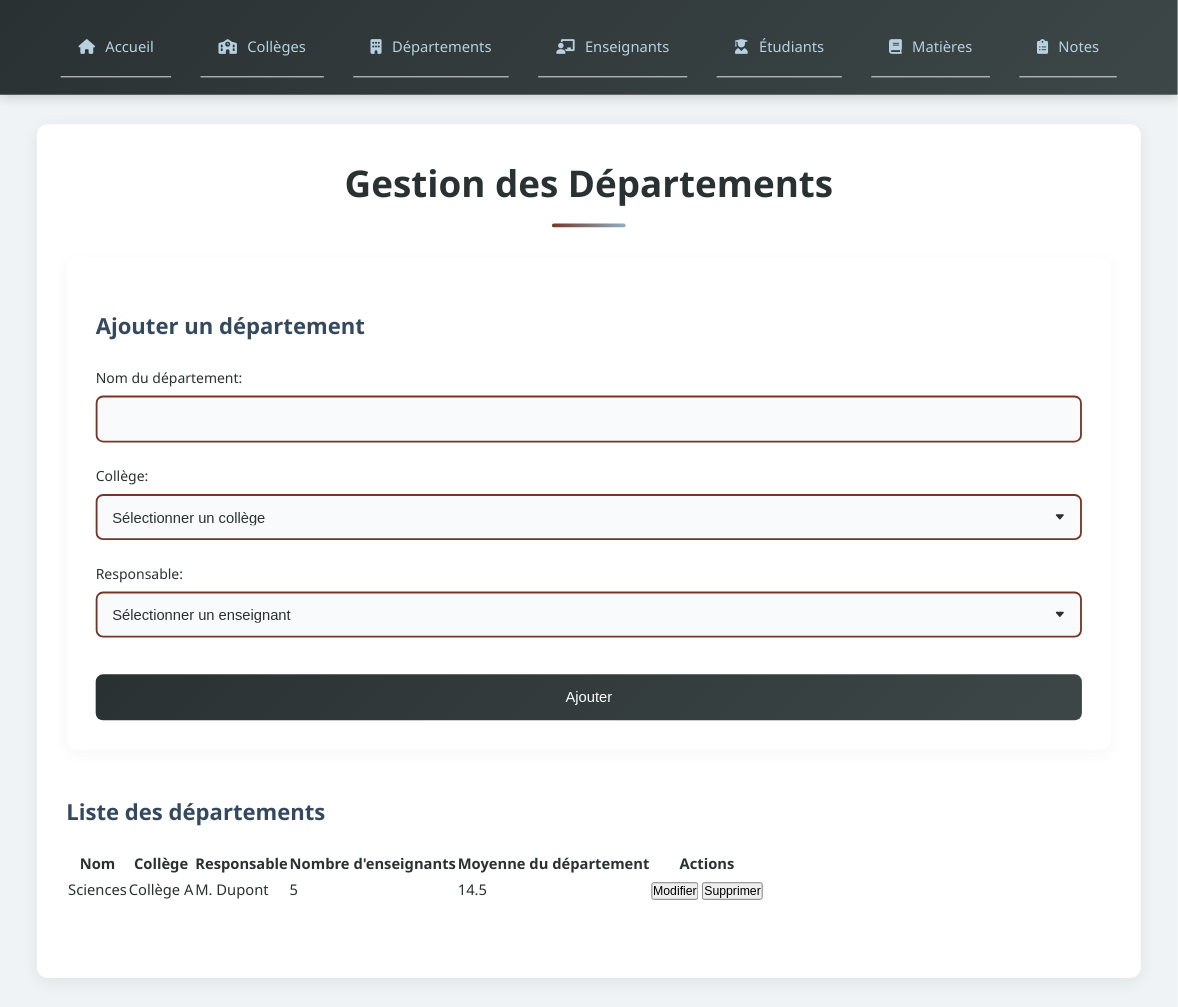
Repository: Ishimw3/college-management
Page: pages/departements.html
These files come from the project's save history. The page is drawn as it stood at one moment and after the next save; the edit follows.
The browser window is 1280 px wide. The pictures show the whole page, at 92% of full size.

Above is the page before, as saved 2025-02-24 20:40:45.
Console error: ReferenceError: data is not defined

### pages/departements.html
<!DOCTYPE html>
<html lang="fr">
<head>
    <meta charset="UTF-8">
    <meta name="viewport" content="width=device-width, initial-scale=1.0">
    <title>Gestion des Départements</title>
    <link rel="stylesheet" href="../assets/css/main.css">
    <link rel="stylesheet" href="https://cdnjs.cloudflare.com/ajax/libs/font-awesome/6.0.0-beta3/css/all.min.css">
</head>
<body>
    <nav>
        <ul>
            <li><a href="../index.html"><i class="fas fa-home"></i> Accueil</a></li>
            <li><a href="colleges.html"><i class="fas fa-school"></i> Collèges</a></li>
            <li><a href="departements.html"><i class="fas fa-building"></i> Départements</a></li>
            <li><a href="teachers.html"><i class="fas fa-chalkboard-teacher"></i> Enseignants</a></li>
            <li><a href="students.html"><i class="fas fa-user-graduate"></i> Étudiants</a></li>
            <li><a href="subjects.html"><i class="fas fa-book"></i> Matières</a></li>
            <li><a href="grades.html"><i class="fas fa-clipboard-list"></i> Notes</a></li>
        </ul>
    </nav>

    <div class="container">
        <h1>Gestion des Départements</h1>

        <!-- Formulaire d'ajout de département -->
        <section class="form-section">
            <h2>Ajouter un département</h2>
            <form>
                <div class="form-group">
                    <label for="nom">Nom du département:</label>
                    <input type="text" id="nom" required>
                </div>
                <div class="form-group">
                    <label for="college">Collège:</label>
                    <select id="college" required>
                        <option value="">Sélectionner un collège</option>
                        <option value="1">Collège A</option>
                        <option value="2">Collège B</option>
                    </select>
                </div>
                <div class="form-group">
                    <label for="responsable">Responsable:</label>
                    <select id="responsable" required>
                        <option value="">Sélectionner un enseignant</option>
                        <option value="1">M. Dupont</option>
                        <option value="2">Mme Martin</option>
                    </select>
                </div>
                <button type="submit">Ajouter</button>
            </form>
        </section>

        <!-- Liste des départements -->
        <section class="list-section">
            <h2>Liste des départements</h2>
            <table>
                <thead>
                    <tr>
                        <th>Nom</th>
                        <th>Collège</th>
                        <th>Responsable</th>
                        <th>Nombre d'enseignants</th>
                        <th>Moyenne du département</th>
                        <th>Actions</th>
                    </tr>
                </thead>
                <tbody>
                    <tr>
                        <td>Sciences</td>
                        <td>Collège A</td>
                        <td>M. Dupont</td>
                        <td>5</td>
                        <td>14.5</td>
                        <td>
                            <button class="btn-edit">Modifier</button>
                            <button class="btn-delete">Supprimer</button>
                        </td>
                    </tr>
                </tbody>
            </table>
        </section>
    </div>

    <script src="../assets/js/utils.js"></script>
    <script src="../assets/js/main.js"></script>
    <script src="../assets/js/app.js"></script>
</body>
</html>

### assets/css/main.css
:root {
    --charcoal: #2A3132;
    --rust: #763626;
    --sky-blue: #90AFC5;
    --light-sky: #b8d1e0;
    --dark-rust: #562419;
    --light-charcoal: #3d4748;
    --input-bg: #f8fafc;
    --input-border: #e2e8f0;
    --input-focus-border: var(--sky-blue);
    --input-shadow: rgba(144, 175, 197, 0.1);
    --form-shadow: rgba(42, 49, 50, 0.04);
}

/* Reset et styles de base */
* {
    margin: 0;
    padding: 0;
    box-sizing: border-box;
}

body {
    font-family: 'Segoe UI', Tahoma, Geneva, Verdana, sans-serif;
    line-height: 1.6;
    color: var(--charcoal);
    background-color: #f0f3f5;
}

/* Navigation */
nav {
    background: linear-gradient(135deg, var(--charcoal), var(--light-charcoal));
    padding: 1.2rem;
    box-shadow: 0 4px 12px rgba(42, 49, 50, 0.2);
}

nav ul {
    list-style: none;
    display: flex;
    justify-content: center;
    gap: 2rem;
    max-width: 1200px;
    margin: 0 auto;
}

nav a {
    color: var(--light-sky);
    text-decoration: none;
    padding: 0.7rem 1.2rem;
    border-radius: 6px;
    transition: all 0.3s ease;
    display: flex;
    align-items: center;
    gap: 0.7rem;
}

nav a:hover {
    background-color: var(--rust);
    transform: translateY(-2px);
    color: white;
}

/* Conteneur principal */
.container {
    max-width: 1200px;
    margin: 2rem auto;
    padding: 2rem;
    background-color: white;
    border-radius: 12px;
    box-shadow: 0 4px 16px rgba(42, 49, 50, 0.08);
}

/* En-têtes */
h1 {
    margin-bottom: 2rem;
    color: var(--charcoal);
    font-size: 2.5rem;
    text-align: center;
    position: relative;
    padding-bottom: 1rem;
}

h1:after {
    content: '';
    position: absolute;
    bottom: 0;
    left: 50%;
    transform: translateX(-50%);
    width: 80px;
    height: 4px;
    background: linear-gradient(90deg, var(--rust), var(--sky-blue));
    border-radius: 2px;
}

h2, h3 {
    margin: 1.5rem 0;
    color: #34495e;
    font-family: 'Segoe UI', Tahoma, Geneva, Verdana, sans-serif;
}

/* Sections */
.form-section, .list-section {
    margin-bottom: 3rem;
}

.form-section {
    background: white;
    padding: 2rem;
    border-radius: 12px;
    box-shadow: 0 4px 16px var(--form-shadow);
    margin-bottom: 3rem;
}

/* Formulaires */
.form-group {
    margin-bottom: 1.5rem;
    position: relative;
}

label {
    display: block;
    margin-bottom: 0.5rem;
    font-weight: 500;
    color: var(--charcoal);
    transition: all 0.3s ease;
    font-size: 0.95rem;
}

input, select, textarea {
    width: 100%;
    padding: 0.9rem 1rem;
    border: 2px solid var(--input-border);
    border-radius: 8px;
    background: var(--input-bg);
    font-size: 1rem;
    transition: all 0.3s ease;
    color: var(--charcoal);
}

input:hover, select:hover, textarea:hover {
    border-color: var(--sky-blue);
    background: white;
}

input:focus, select:focus, textarea:focus {
    border-color: var(--sky-blue);
    background: white;
    outline: none;
    box-shadow: 0 0 0 4px var(--input-shadow);
}

/* Style pour les champs requis */
input:required + label::after,
select:required + label::after {
    content: '*';
    color: var(--rust);
    margin-left: 4px;
}

/* Style pour les champs valides/invalides */
input:valid,
select:valid {
    border-color: #2ecc71;
}

input:invalid:not(:placeholder-shown),
select:invalid:not(:focus) {
    border-color: var(--rust);
}

/* Boutons de formulaire */
form button {
    background: linear-gradient(135deg, var(--charcoal), var(--light-charcoal));
    color: white;
    padding: 1rem 2rem;
    border: none;
    border-radius: 8px;
    font-weight: 500;
    font-size: 1rem;
    cursor: pointer;
    transition: all 0.3s ease;
    width: 100%;
    margin-top: 1rem;
}

form button:hover {
    background: linear-gradient(135deg, var(--rust), var(--dark-rust));
    transform: translateY(-2px);
    box-shadow: 0 4px 12px rgba(118, 54, 38, 0.2);
}

form button:active {
    transform: translateY(0);
}

/* Animation de focus pour les labels */
.form-group:focus-within label {
    color: var(--sky-blue);
    transform: translateY(-2px);
}

/* Style pour les select */
select {
    appearance: none;
    background-image: url("data:[embedded picture, 259 characters]");
    background-repeat: no-repeat;
    background-position: right 1rem center;
    padding-right: 2.5rem;
}

/* Groupes de formulaires en colonnes */
@media (min-width: 768px) {
    .form-row {
        display: grid;
        grid-template-columns: repeat(2, 1fr);
        gap: 1.5rem;
    }
}

/* Message d'aide pour les champs */
.form-help {
    font-size: 0.85rem;
    color: #666;
    margin-top: 0.25rem;
}

/* Animation de chargement pour les boutons */
form button.loading {
    position: relative;
    color: transparent;
}

form button.loading::after {
    content: '';
    position: absolute;
    width: 20px;
    height: 20px;
    top: 50%;
    left: 50%;
    margin: -10px 0 0 -10px;
    border: 2px solid rgba(255,255,255,0.3);
    border-radius: 50%;
    border-top-color: white;
    animation: spin 0.8s infinite linear;
}

@keyframes spin {
    to { transform: rotate(360deg); }
}

/* Liste sans puces */
ul {
    list-style: none;
    padding: 0;
}

ul li {
    padding: 0.5rem 0;
    border-bottom: 1px solid #eee;
}

/* États des salles */
.rooms-list td:last-child {
    font-weight: 500;
}

.rooms-list td:last-child:contains('Disponible') {
    color: #2ecc71;
}

.rooms-list td:last-child:contains('En cours') {
    color: var(--rust);
}

/* Améliorations pour l'impression */
@media print {
    .filters,
    .form-section,
    .btn-edit,
    .btn-delete {
        display: none;
    }

    .stats-grid {
        display: block;
    }

    .stat-card {
        page-break-inside: avoid;
        margin-bottom: 1rem;
    }
}

/* Responsive pour petits écrans */
@media (max-width: 576px) {
    .stats-grid {
        grid-template-columns: 1fr;
    }

    .filters {
        grid-template-columns: 1fr;
    }

    .stat-item {
        padding: 0.75rem;
    }

    .stat-value {
        font-size: 1.25rem;
    }
}

/* Notifications */
.notification {
    position: fixed;
    top: 20px;
    right: 20px;
    padding: 1rem 2rem;
    border-radius: 8px;
    background: var(--charcoal);
    color: white;
    box-shadow: 0 4px 12px rgba(0,0,0,0.1);
    z-index: 1000;
    animation: slideIn 0.3s ease, slideOut 0.3s ease 2.7s;
}

.notification.success {
    background: #2ecc71;
}

.notification.error {
    background: var(--rust);
}

@keyframes slideIn {
    from { transform: translateX(100%); opacity: 0; }
    to { transform: translateX(0); opacity: 1; }
}

@keyframes slideOut {
    from { transform: translateX(0); opacity: 1; }
    to { transform: translateX(100%); opacity: 0; }
}

### assets/js/utils.js
// ...existing code...

const DataManager = {
    // Stockage local
    saveData() {
        localStorage.setItem('collegeData', JSON.stringify(data));
    },

    loadData() {
        const savedData = localStorage.getItem('collegeData');
        if (savedData) {
            data = JSON.parse(savedData);
        }
    },

    // CRUD Opérations génériques
    add(type, item) {
        item.id = Date.now(); // Simple ID unique
        data[type].push(item);
        this.saveData();
        return item;
    },

    update(type, id, updates) {
        const index = data[type].findIndex(item => item.id === id);
        if (index !== -1) {
            data[type][index] = { ...data[type][index], ...updates };
            this.saveData();
            return true;
        }
        return false;
    },

    delete(type, id) {
        data[type] = data[type].filter(item => item.id !== id);
        this.saveData();
    },

    get(type, id) {
        return data[type].find(item => item.id === id);
    },

    getAll(type) {
        return data[type];
    }
};

// ...existing code...

### assets/js/main.js
document.addEventListener('DOMContentLoaded', () => {
    // Initialisation des données
    let data = {
        colleges: [],
        departements: [],
        enseignants: [],
        etudiants: [],
        matieres: [],
        notes: []
    };

    // Initialisation
    const initialize = () => {
        DataManager.loadData();
        UIManager.initializeForms();
        UIManager.initializeTables();
        UIManager.setupPrintButtons();
        UIManager.initializeDetailViews();
        UIManager.updateAverages();
    };

    initialize();
});

### assets/js/app.js
const UIManager = {
    // Gestion des formulaires
    initializeForms() {
        document.querySelectorAll('form').forEach(form => {
            form.addEventListener('submit', handleFormSubmit);
        });
    },

    // Gestion des tableaux
    initializeTables() {
        // Tri des colonnes
        document.querySelectorAll('th').forEach(header => {
            header.addEventListener('click', () => {
                const table = header.closest('table');
                const index = Array.from(header.parentNode.children).indexOf(header);
                this.sortTable(table, index);
            });
        });

        // Filtres
        document.querySelectorAll('.filters select').forEach(filter => {
            filter.addEventListener('change', () => {
                this.applyFilters();
            });
        });
    },

    // Fonctions d'affichage
    displayAlert(message, type = 'success') {
        const alert = document.createElement('div');
        alert.className = `alert alert-${type}`;
        alert.textContent = message;
        document.querySelector('.container').prepend(alert);
        setTimeout(() => alert.remove(), 3000);
    },

    // Mise à jour des moyennes
    updateAverages() {
        // Moyennes par matière
        const matiereAverages = this.calculateMatiereAverages();
        document.querySelectorAll('.matiere-moyenne').forEach(elem => {
            const matiereId = elem.dataset.matiereId;
            elem.textContent = matiereAverages[matiereId]?.toFixed(2) || 'N/A';
        });

        // Moyennes par département
        const deptAverages = this.calculateDepartementAverages();
        document.querySelectorAll('.dept-moyenne').forEach(elem => {
            const deptId = elem.dataset.deptId;
            elem.textContent = deptAverages[deptId]?.toFixed(2) || 'N/A';
        });
    },

    // Gestion de l'impression
    setupPrintButtons() {
        document.querySelectorAll('.btn-print').forEach(btn => {
            btn.addEventListener('click', () => {
                const content = btn.closest('.card').cloneNode(true);
                const printWindow = window.open('', '_blank');
                printWindow.document.write(`
                    <html>
                        <head>
                            <link rel="stylesheet" href="styles.css">
                            <style>
                                body { padding: 20px; }
                                .no-print { display: none; }
                            </style>
                        </head>
                        <body>${content.outerHTML}</body>
                    </html>
                `);
                printWindow.document.close();
                printWindow.print();
            });
        });
    },

    // Gestion des détails
    initializeDetailViews() {
        document.querySelectorAll('.btn-view').forEach(btn => {
            btn.addEventListener('click', () => {
                const id = btn.closest('tr').dataset.id;
                const type = btn.closest('section').id.replace('-list', '');
                this.showDetails(type, id);
            });
        });
    },

    showDetails(type, id) {
        const item = DataManager.get(type, id);
        if (!item) return;

        const detailSection = document.querySelector(`#${type}-details`);
        if (!detailSection) return;

        // Remplir les détails
        Object.keys(item).forEach(key => {
            const elem = detailSection.querySelector(`#detail-${key}`);
            if (elem) {
                elem.textContent = item[key];
            }
        });

        // Afficher la section
        detailSection.style.display = 'block';
        detailSection.scrollIntoView({ behavior: 'smooth' });
    },

    // Calculs
    calculateMatiereAverages() {
        const averages = {};
        data.matieres.forEach(matiere => {
            const notes = data.notes.filter(n => n.matiereId === matiere.id);
            if (notes.length > 0) {
                averages[matiere.id] = notes.reduce((sum, n) => sum + n.note, 0) / notes.length;
            }
        });
        return averages;
    },

    calculateDepartementAverages() {
        const averages = {};
        data.departements.forEach(dept => {
            const matieres = data.matieres.filter(m => m.departementId === dept.id);
            const notes = [];
            matieres.forEach(matiere => {
                notes.push(...data.notes.filter(n => n.matiereId === matiere.id));
            });
            if (notes.length > 0) {
                averages[dept.id] = notes.reduce((sum, n) => sum + n.note, 0) / notes.length;
            }
        });
        return averages;
    },

    // Utilitaires
    sortTable(table, columnIndex) {
        const tbody = table.querySelector('tbody');
        const rows = Array.from(tbody.querySelectorAll('tr'));
        const isNumeric = rows.every(row =>
            !isNaN(row.children[columnIndex].textContent.trim())
        );

        rows.sort((a, b) => {
            const aValue = a.children[columnIndex].textContent.trim();
            const bValue = b.children[columnIndex].textContent.trim();

            if (isNumeric) {
                return parseFloat(aValue) - parseFloat(bValue);
            }
            return aValue.localeCompare(bValue);
        });

        tbody.innerHTML = '';
        rows.forEach(row => tbody.appendChild(row));
    },

    applyFilters() {
        const filters = {};
        document.querySelectorAll('.filters select').forEach(filter => {
            if (filter.value) {
                filters[filter.id.replace('filter-', '')] = filter.value;
            }
        });

        document.querySelectorAll('tbody tr').forEach(row => {
            let show = true;
            Object.entries(filters).forEach(([key, value]) => {
                if (row.dataset[key] !== value) {
                    show = false;
                }
            });
            row.style.display = show ? '' : 'none';
        });
    }
};

// Form handling
document.addEventListener('DOMContentLoaded', function() {
    const forms = document.querySelectorAll('form');

    forms.forEach(form => {
        form.addEventListener('submit', handleFormSubmit);
    });
});

async function handleFormSubmit(event) {
    event.preventDefault();
    const form = event.target;
    const submitButton = form.querySelector('button[type="submit"]');

    try {
        // Add loading state
        submitButton.classList.add('loading');
        submitButton.disabled = true;

        // Collect form data
        const formData = new FormData(form);
        const data = Object.fromEntries(formData.entries());

        // Simulate API call with delay
        await new Promise(resolve => setTimeout(resolve, 1000));

        // Reset form after successful submission
        form.reset();

        // Show success message
        showNotification('Enregistrement réussi!', 'success');

    } catch (error) {
        showNotification('Erreur lors de l\'enregistrement', 'error');
        console.error('Form submission error:', error);
    } finally {
        // Remove loading state
        submitButton.classList.remove('loading');
        submitButton.disabled = false;
    }
}

function showNotification(message, type = 'info') {
    const notification = document.createElement('div');
    notification.className = `notification ${type}`;
    notification.textContent = message;

    document.body.appendChild(notification);

    // Remove notification after 3 seconds
    setTimeout(() => {
        notification.remove();
    }, 3000);
}

After the next save:
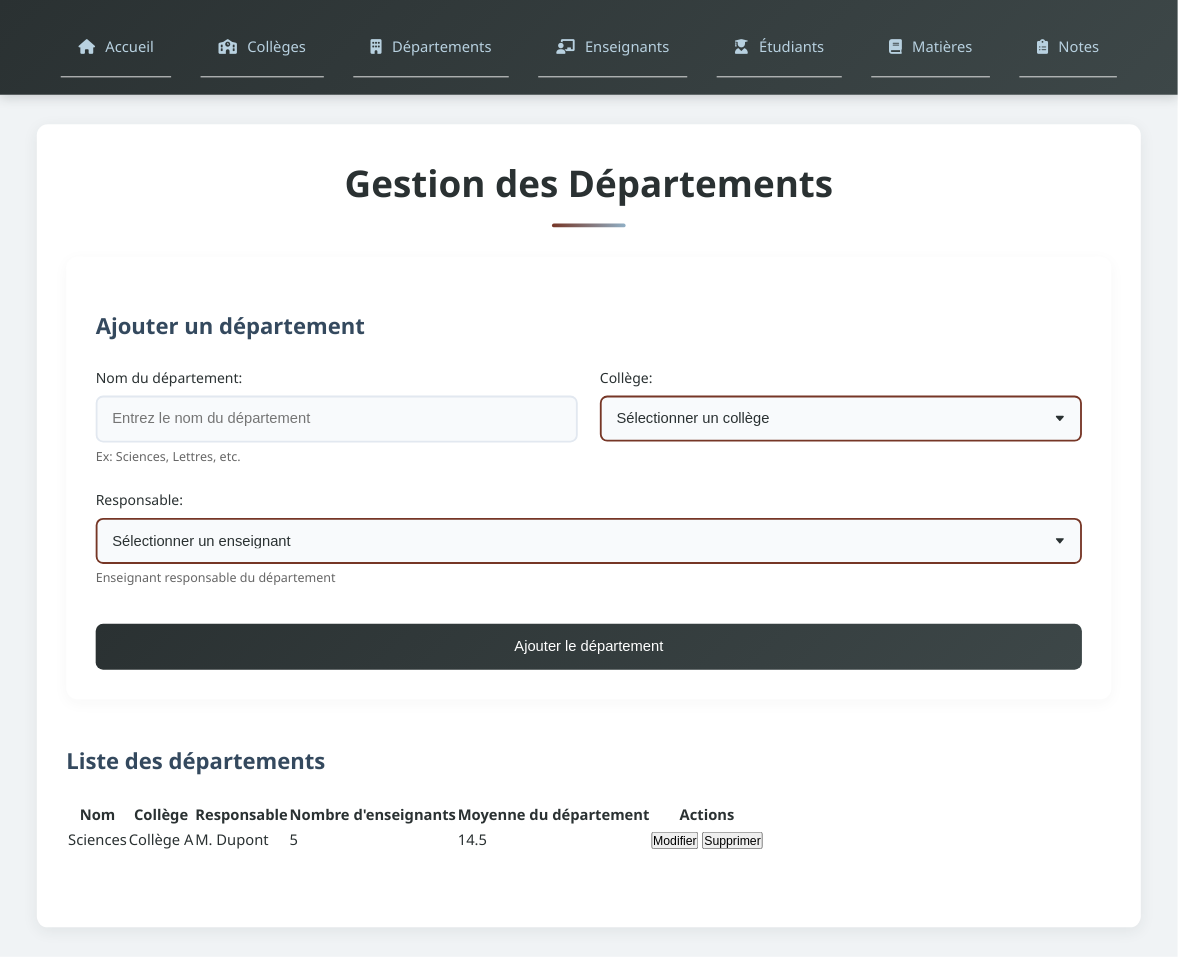
Saved 3 s later.
--- a/pages/departements.html
+++ b/pages/departements.html
@@ -27,27 +27,31 @@
         <section class="form-section">
             <h2>Ajouter un département</h2>
             <form>
-                <div class="form-group">
-                    <label for="nom">Nom du département:</label>
-                    <input type="text" id="nom" required>
-                </div>
-                <div class="form-group">
-                    <label for="college">Collège:</label>
-                    <select id="college" required>
-                        <option value="">Sélectionner un collège</option>
-                        <option value="1">Collège A</option>
-                        <option value="2">Collège B</option>
-                    </select>
+                <div class="form-row">
+                    <div class="form-group">
+                        <label for="nom">Nom du département:</label>
+                        <input type="text" id="nom" name="nom" required placeholder="Entrez le nom du département">
+                        <div class="form-help">Ex: Sciences, Lettres, etc.</div>
+                    </div>
+                    <div class="form-group">
+                        <label for="college">Collège:</label>
+                        <select id="college" name="college" required>
+                            <option value="">Sélectionner un collège</option>
+                            <option value="1">Collège A</option>
+                            <option value="2">Collège B</option>
+                        </select>
+                    </div>
                 </div>
                 <div class="form-group">
                     <label for="responsable">Responsable:</label>
-                    <select id="responsable" required>
+                    <select id="responsable" name="responsable" required>
                         <option value="">Sélectionner un enseignant</option>
                         <option value="1">M. Dupont</option>
                         <option value="2">Mme Martin</option>
                     </select>
+                    <div class="form-help">Enseignant responsable du département</div>
                 </div>
-                <button type="submit">Ajouter</button>
+                <button type="submit">Ajouter le département</button>
             </form>
         </section>
 
